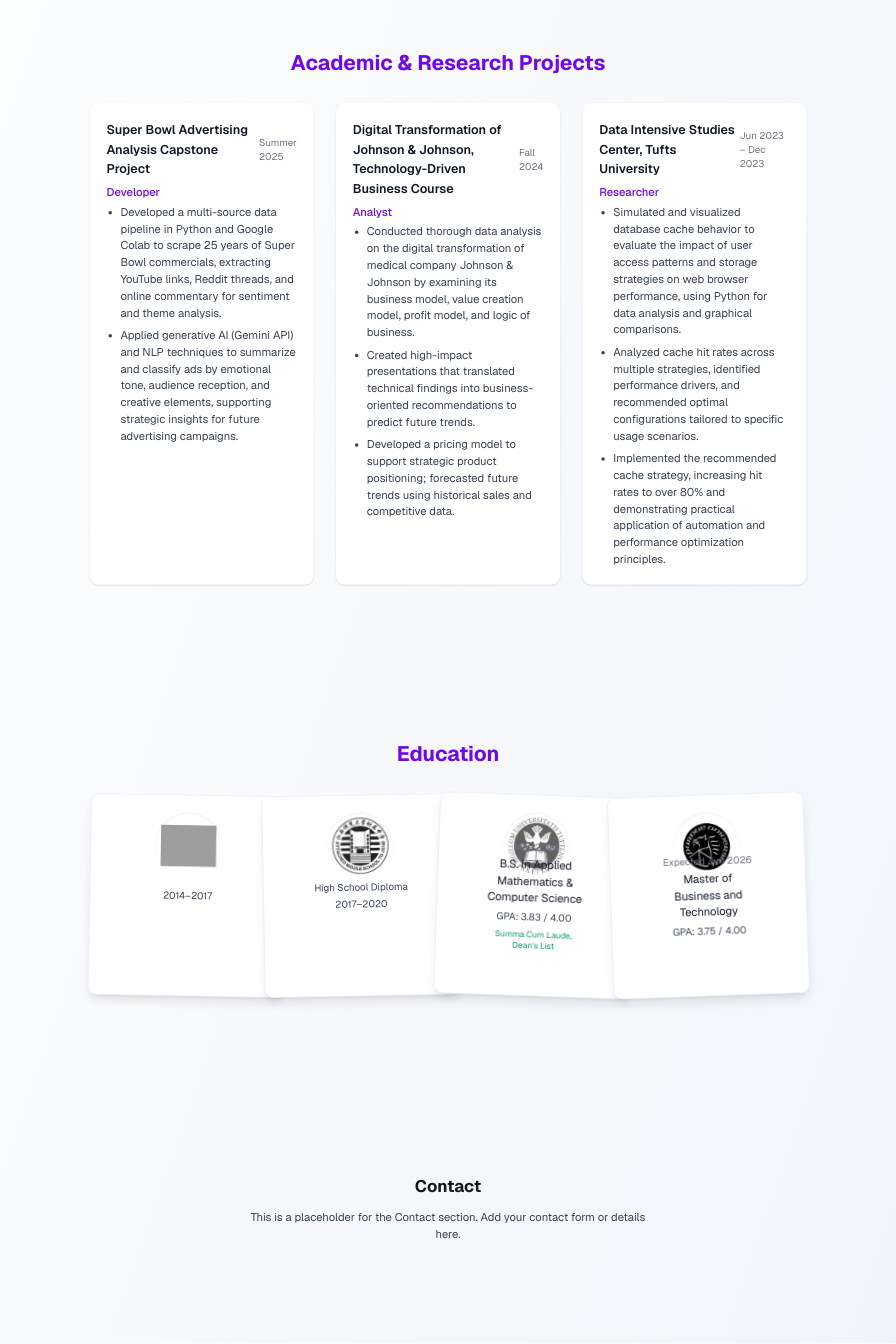
Repository: winniewyl/personal-portfolio
Page: /
These files come from the project's save history. The page is drawn as it stood at one moment and after the next save; the edit follows.
The browser window is 1280 px wide. The pictures show the part of the page from y = 1865 to 3785 px (the page is 3785 px tall), at 70% of full size.
Pictures or frames that could not be fetched are drawn as grey boxes. The project was rebuilt for these pictures with package versions that can differ from the ones it lists, and the page was loaded fresh each time. The framework's server and built-in components were replaced by stand-ins that run in the browser. Also part of the build but not shown: next.config.ts.

Above is the page before, as saved 2025-07-29 13:29:23.

### src/app/page.tsx
import Hero from '../components/Hero';
import About from '../components/About';
import Projects from '../components/Projects';
import Contact from '../components/Contact';

const experienceData = [
  {
    org: 'Data Intensive Studies Center, Tufts University',
    title: 'Data Analyst Intern & Co-Author',
    date: 'Jun 2023 – Dec 2023',
    highlights: [
      'Developed a custom Drupal-based content management site to present visualizations and insights from research on AI/ML ethics, integrating cross-functional feedback and automation techniques to enhance visibility.',
      'Co-led the development of an open-source AI Ethics tool using GitBook, contributing to interface design, stakeholder engagement, and survey analysis in the context of autonomous vehicle applications.',
      'Co-authored The Third Moment of AI Ethics, published on arXiv: https://arxiv.org/abs/2501.16954.',
    ],
  },
];

const projectData = [
  {
    title: 'Super Bowl Advertising Analysis Capstone Project',
    role: 'Developer',
    date: 'Summer 2025',
    highlights: [
      'Developed a multi-source data pipeline in Python and Google Colab to scrape 25 years of Super Bowl commercials, extracting YouTube links, Reddit threads, and online commentary for sentiment and theme analysis.',
      'Applied generative AI (Gemini API) and NLP techniques to summarize and classify ads by emotional tone, audience reception, and creative elements, supporting strategic insights for future advertising campaigns.',
    ],
  },
  {
    title:
      'Digital Transformation of Johnson & Johnson, Technology-Driven Business Course',
    role: 'Analyst',
    date: 'Fall 2024',
    highlights: [
      'Conducted thorough data analysis on the digital transformation of medical company Johnson & Johnson by examining its business model, value creation model, profit model, and logic of business.',
      'Created high-impact presentations that translated technical findings into business-oriented recommendations to predict future trends.',
      'Developed a pricing model to support strategic product positioning; forecasted future trends using historical sales and competitive data.',
    ],
  },
  {
    title: 'Data Intensive Studies Center, Tufts University',
    role: 'Researcher',
    date: 'Jun 2023 – Dec 2023',
    highlights: [
      'Simulated and visualized database cache behavior to evaluate the impact of user access patterns and storage strategies on web browser performance, using Python for data analysis and graphical comparisons.',
      'Analyzed cache hit rates across multiple strategies, identified performance drivers, and recommended optimal configurations tailored to specific usage scenarios.',
      'Implemented the recommended cache strategy, increasing hit rates to over 80% and demonstrating practical application of automation and performance optimization principles.',
    ],
  },
];

export default function Home() {
  return (
    <div className="font-sans min-h-screen flex flex-col bg-gradient-to-br from-white via-slate-50 to-slate-100 dark:from-[#18181c] dark:via-[#1a1a22] dark:to-[#101014]">
      {/* Navbar */}
      <nav className="w-full flex items-center justify-between py-6 px-8 border-b border-gray-100 dark:border-gray-800 bg-white/80 dark:bg-[#101010]/80 backdrop-blur z-10 sticky top-0">
        <div className="text-2xl font-extrabold text-violet-600 tracking-tight">
          WW
        </div>
        <ul className="flex gap-8 text-base font-medium text-gray-900 dark:text-white">
          <li>
            <a
              href="#about"
              className="hover:text-violet-600 transition-colors"
            >
              About
            </a>
          </li>
          <li>
            <a
              href="#experience"
              className="hover:text-violet-600 transition-colors"
            >
              Experience
            </a>
          </li>
          <li>
            <a
              href="#projects"
              className="hover:text-violet-600 transition-colors"
            >
              Projects
            </a>
          </li>
          <li>
            <a
              href="#education"
              className="hover:text-violet-600 transition-colors"
            >
              Education
            </a>
          </li>
          <li>
            <a
              href="#contact"
              className="hover:text-violet-600 transition-colors"
            >
              Contact
            </a>
          </li>
        </ul>
      </nav>
      {/* Main Content */}
      <main className="flex-1 w-full flex flex-col items-center px-4 sm:px-0">
        <section className="w-full flex flex-col items-center justify-center py-20 sm:py-28 bg-transparent">
          <Hero name="Winnie Wang" role="AI Product Analyst" />
        </section>
        <section
          id="about"
          className="w-full flex flex-col items-center py-20 sm:py-28 max-w-5xl mx-auto scroll-mt-24"
        >
          <About />
        </section>
        {/* Experience Section */}
        <section
          id="experience"
          className="w-full flex flex-col items-center py-20 sm:py-28 max-w-5xl mx-auto scroll-mt-24"
        >
          <h2 className="text-3xl font-bold mb-10 text-violet-700 dark:text-violet-400">
            Internship & Professional Experience
          </h2>
          <ol className="relative border-l-2 border-violet-200 dark:border-violet-700">
            {experienceData.map((exp, idx) => (
              <li key={exp.title} className="mb-12 ml-6">
                <span className="absolute flex items-center justify-center w-8 h-8 bg-violet-100 rounded-full -left-4 ring-4 ring-white dark:ring-[#18181c]">
                  <svg
                    className="w-5 h-5 text-violet-600"
                    fill="currentColor"
                    viewBox="0 0 20 20"
                  >
                    <path d="M10 2a8 8 0 100 16 8 8 0 000-16zm1 11H9v-2h2v2zm0-4H9V7h2v2z" />
                  </svg>
                </span>
                <div className="bg-white dark:bg-[#232336] rounded-xl shadow p-6">
                  <div className="flex flex-col sm:flex-row sm:items-center sm:justify-between mb-2">
                    <span className="font-semibold text-lg text-gray-900 dark:text-white">
                      {exp.title}
                    </span>
                    <span className="text-sm text-gray-500 dark:text-gray-400">
                      {exp.date}
                    </span>
                  </div>
                  <div className="text-md font-medium text-violet-700 dark:text-violet-300 mb-1">
                    {exp.org}
                  </div>
                  <ul className="list-disc pl-5 space-y-2 text-gray-700 dark:text-gray-300">
                    {exp.highlights.map((h, i) => (
                      <li key={i}>{h}</li>
                    ))}
                  </ul>
                </div>
              </li>
            ))}
          </ol>
        </section>
        {/* Projects Section */}
        <section
          id="projects"
          className="w-full flex flex-col items-center py-20 sm:py-28 max-w-5xl mx-auto scroll-mt-24"
        >
          <h2 className="text-3xl font-bold mb-10 text-violet-700 dark:text-violet-400">
            Academic & Research Projects
          </h2>
          <div className="grid grid-cols-1 md:grid-cols-3 gap-8 w-full">
            {projectData.map((proj, idx) => (
              <div
                key={proj.title}
                className="bg-white dark:bg-[#232336] rounded-xl shadow p-6 flex flex-col"
              >
                <div className="flex flex-col sm:flex-row sm:items-center sm:justify-between mb-2">
                  <span className="font-semibold text-lg text-gray-900 dark:text-white">
                    {proj.title}
                  </span>
                  <span className="text-sm text-gray-500 dark:text-gray-400">
                    {proj.date}
                  </span>
                </div>
                <div className="text-md font-medium text-violet-700 dark:text-violet-300 mb-1">
                  {proj.role}
                </div>
                <ul className="list-disc pl-5 space-y-2 text-gray-700 dark:text-gray-300">
                  {proj.highlights.map((h, i) => (
                    <li key={i}>{h}</li>
                  ))}
                </ul>
              </div>
            ))}
          </div>
        </section>
        <section
          id="education"
          className="w-full flex flex-col items-center py-20 sm:py-28 max-w-5xl mx-auto scroll-mt-24"
        >
          <h2 className="text-3xl font-bold mb-10 text-violet-700 dark:text-violet-400">
            Education
          </h2>
          <div className="relative w-full flex flex-col md:flex-row items-center justify-center">
            {/* Timeline SVG Connector */}
            <svg
              className="hidden md:block absolute left-0 right-0 top-1/2 -translate-y-1/2 z-0"
              height="120"
              width="100%"
              viewBox="0 0 1000 120"
              fill="none"
              preserveAspectRatio="none"
            >
              <path
                d="M 80 60 Q 180 10, 280 60 T 480 60 T 680 60 T 880 60"
                stroke="#a78bfa"
                strokeWidth="4"
                fill="none"
              />
              <circle cx="80" cy="60" r="8" fill="#a78bfa" />
              <circle cx="280" cy="60" r="8" fill="#a78bfa" />
              <circle cx="480" cy="60" r="8" fill="#a78bfa" />
              <circle cx="680" cy="60" r="8" fill="#a78bfa" />
            </svg>
            {/* Education Cards */}
            <div className="flex flex-col md:flex-row items-center justify-center w-full gap-0 z-10">
              {/* Middle School */}
              <div className="flex flex-col items-center flex-1 w-72 h-72 bg-white dark:bg-[#232336] rounded-xl shadow-lg p-6 border border-violet-100 dark:border-violet-700 text-center relative -mr-8 transform rotate-1 hover:rotate-0 transition-transform duration-300">
                <div className="w-24 h-24 flex items-center justify-center rounded-full bg-white/30 backdrop-blur-md shadow-inner">
                  <img
                    src="/yu-hua-logo.png"
                    alt="江西育华学校 logo"
                    className="w-20 h-20 object-contain filter grayscale"
                    style={{ mixBlendMode: 'multiply' }}
                  />
                </div>
                <div className="absolute top-1/2 left-1/2 transform -translate-x-1/2 -translate-y-1/2 flex flex-col items-center space-y-1">
                  <span className="text-sm text-gray-700 dark:text-gray-300">
                    2014–2017
                  </span>
                </div>
              </div>
              {/* High School */}
              <div className="flex flex-col items-center flex-1 w-72 h-72 bg-white dark:bg-[#232336] rounded-xl shadow-lg p-6 border border-violet-100 dark:border-violet-700 text-center relative -mr-8 transform -rotate-1 hover:rotate-0 transition-transform duration-300">
                <div className="w-24 h-24 flex items-center justify-center rounded-full bg-white/30 backdrop-blur-md shadow-inner">
                  <img
                    src="/JXSDFZ-logo.png"
                    alt="江西师大附中国际部 logo"
                    className="w-20 h-20 object-contain filter grayscale"
                    style={{ mixBlendMode: 'multiply' }}
                  />
                </div>
                <div className="absolute top-1/2 left-1/2 transform -translate-x-1/2 -translate-y-1/2 flex flex-col items-center space-y-1">
                  <span className="text-sm text-gray-700 dark:text-gray-300">
                    High School Diploma
                  </span>
                  <span className="text-sm text-gray-700 dark:text-gray-300">
                    2017–2020
                  </span>
                </div>
              </div>
              {/* Tufts University */}
              <div className="flex flex-col items-center flex-1 w-72 h-72 bg-white dark:bg-[#232336] rounded-xl shadow-lg p-6 border border-violet-100 dark:border-violet-700 text-center relative -mr-8 transform rotate-2 hover:rotate-0 transition-transform duration-300">
                <div className="w-24 h-24 flex items-center justify-center rounded-full bg-white/30 backdrop-blur-md shadow-inner">
                  <img
                    src="/tufts-logo.png"
                    alt="Tufts University logo"
                    className="w-20 h-20 object-contain filter grayscale"
                    style={{ mixBlendMode: 'multiply' }}
                  />
                </div>
                <div className="absolute top-1/2 left-1/2 transform -translate-x-1/2 -translate-y-1/2 flex flex-col items-center space-y-1">
                  <span className="text-sm text-gray-500 dark:text-gray-400">
                    May 2024
                  </span>
                  <span className="text-gray-900 dark:text-white">
                    B.S. in Applied Mathematics & Computer Science
                  </span>
                  <span className="text-sm text-gray-700 dark:text-gray-300">
                    GPA: 3.83 / 4.00
                  </span>
                  <span className="text-xs text-emerald-600 mt-1">
                    Summa Cum Laude, Dean's List
                  </span>
                </div>
              </div>
              {/* Purdue University */}
              <div className="flex flex-col items-center flex-1 w-72 h-72 bg-white dark:bg-[#232336] rounded-xl shadow-lg p-6 border border-violet-100 dark:border-violet-700 text-center relative transform -rotate-2 hover:rotate-0 transition-transform duration-300">
                <div className="w-24 h-24 flex items-center justify-center rounded-full bg-white/30 backdrop-blur-md shadow-inner">
                  <img
                    src="/purdue-logo.png"
                    alt="Purdue University logo"
                    className="w-20 h-20 object-contain filter grayscale"
                    style={{ mixBlendMode: 'multiply' }}
                  />
                </div>
                <div className="absolute top-1/2 left-1/2 transform -translate-x-1/2 -translate-y-1/2 flex flex-col items-center space-y-1">
                  <span className="text-sm text-gray-500 dark:text-gray-400">
                    Expected Jun 2026
                  </span>
                  <span className="text-gray-900 dark:text-white">
                    Master of Business and Technology
                  </span>
                  <span className="text-sm text-gray-700 dark:text-gray-300">
                    GPA: 3.75 / 4.00
                  </span>
                </div>
              </div>
            </div>
          </div>
        </section>
        <section
          id="contact"
          className="w-full flex flex-col items-center py-20 sm:py-28 max-w-5xl mx-auto scroll-mt-24"
        >
          <Contact />
        </section>
      </main>
    </div>
  );
}

### src/components/Hero.tsx
import React from 'react';

interface HeroProps {
  name: string;
  role: string;
}

const Hero: React.FC<HeroProps> = ({ name, role }) => (
  <section className="flex flex-col items-center justify-center gap-4 py-8 w-full">
    <h1 className="text-4xl sm:text-5xl font-bold text-center">{name}</h1>
    <h2 className="text-xl sm:text-2xl font-medium text-center text-gray-600 dark:text-gray-300">
      {role}
    </h2>
  </section>
);

export default Hero;

### src/components/About.tsx
import React from 'react';

const aboutData = [
  {
    icon: (
      <span className="bg-blue-100 text-blue-600 rounded-xl p-2 mr-2">
        {/* AI Icon */}
        <svg width="32" height="32" fill="none" viewBox="0 0 24 24">
          <path
            fill="currentColor"
            d="M12 2a10 10 0 100 20 10 10 0 000-20zm1 17.93V20a1 1 0 11-2 0v-.07A8.001 8.001 0 014.07 13H4a1 1 0 110-2h.07A8.001 8.001 0 0111 4.07V4a1 1 0 112 0v.07A8.001 8.001 0 0119.93 11H20a1 1 0 110 2h-.07A8.001 8.001 0 0113 19.93z"
          ></path>
        </svg>
      </span>
    ),
    title: 'AI & Machine Learning',
    skills: [
      {
        name: 'Neural Networks',
        desc: 'Deep learning architectures and training',
      },
      {
        name: 'Computer Vision',
        desc: 'Image processing and object detection',
      },
      { name: 'TensorFlow/PyTorch', desc: 'ML framework expertise' },
      { name: 'Model Optimization', desc: 'Performance tuning and deployment' },
    ],
    color: 'blue',
  },
  {
    icon: (
      <span className="bg-fuchsia-100 text-fuchsia-600 rounded-xl p-2 mr-2">
        {/* Full-Stack Icon */}
        <svg width="32" height="32" fill="none" viewBox="0 0 24 24">
          <path
            fill="currentColor"
            d="M12 2a10 10 0 100 20 10 10 0 000-20zm-1 17.93V20a1 1 0 102 0v-.07A8.001 8.001 0 0020 13h.07a1 1 0 100-2H20a8.001 8.001 0 00-7-7.93V4a1 1 0 10-2 0v.07A8.001 8.001 0 004 11H3.93a1 1 0 100 2H4a8.001 8.001 0 007 7.93z"
          ></path>
        </svg>
      </span>
    ),
    title: 'Full-Stack Development',
    skills: [
      { name: 'React.js/Next.js', desc: 'Modern frontend frameworks' },
      { name: 'Python/Flask', desc: 'Backend development and APIs' },
      { name: 'Database Design', desc: 'SQL and data architecture' },
      { name: 'Cloud Deployment', desc: 'Scalable application hosting' },
    ],
    color: 'fuchsia',
  },
  {
    icon: (
      <span className="bg-green-100 text-green-600 rounded-xl p-2 mr-2">
        {/* Data Science Icon */}
        <svg width="32" height="32" fill="none" viewBox="0 0 24 24">
          <circle cx="12" cy="12" r="10" fill="currentColor" opacity=".2" />
          <circle cx="12" cy="12" r="6" fill="currentColor" />
        </svg>
      </span>
    ),
    title: 'Data Science',
    skills: [
      { name: 'Data Analysis', desc: 'Statistical analysis and insights' },
      { name: 'Visualization', desc: 'Interactive charts and dashboards' },
      {
        name: 'Algorithm Design',
        desc: 'Efficient problem-solving approaches',
      },
      { name: 'Research Methods', desc: 'Scientific approach to development' },
    ],
    color: 'green',
  },
];

const About: React.FC = () => (
  <section className="w-full flex flex-col items-center">
    <h2 className="text-4xl font-extrabold text-center mb-4 mt-4 text-gray-900 dark:text-white">
      <span className="inline-block align-middle mr-2 text-blue-500">•</span>
      About Me
    </h2>
    <p className="text-lg text-center text-gray-700 dark:text-gray-300 max-w-2xl mb-12">
      Passionate about the intersection of artificial intelligence and product
      strategy. I build intelligent solutions that drive business value and user
      engagement.
    </p>
    <div className="w-full max-w-6xl flex flex-col md:flex-row gap-8 justify-center items-stretch">
      {aboutData.map((card, idx) => (
        <div
          key={card.title}
          className="flex-1 bg-white dark:bg-[#18181c] rounded-2xl shadow-md p-8 flex flex-col mb-4 md:mb-0 border border-gray-100 dark:border-gray-800 min-w-[260px] max-w-sm mx-auto"
        >
          <div className="flex items-center mb-4">
            {card.icon}
            <span className={`text-lg font-bold text-gray-900 dark:text-white`}>
              {card.title}
            </span>
          </div>
          <ul className="space-y-3">
            {card.skills.map((skill) => (
              <li key={skill.name} className="flex flex-col">
                <span
                  className={`font-semibold text-${card.color}-700 dark:text-${card.color}-400`}
                >
                  {skill.name}
                </span>
                <span className="text-gray-600 dark:text-gray-400 text-sm">
                  {skill.desc}
                </span>
              </li>
            ))}
          </ul>
        </div>
      ))}
    </div>
  </section>
);

export default About;

### src/components/Contact.tsx
import React from 'react';

const Contact: React.FC = () => (
  <section className="py-8 w-full flex flex-col items-center">
    <h2 className="text-2xl font-bold mb-4">Contact</h2>
    <p className="max-w-xl text-center text-gray-700 dark:text-gray-300">
      This is a placeholder for the Contact section. Add your contact form or
      details here.
    </p>
  </section>
);

export default Contact;

Loaded but not shown: src/app/layout.tsx (common file); src/app/globals.css (common file)

After the next save:
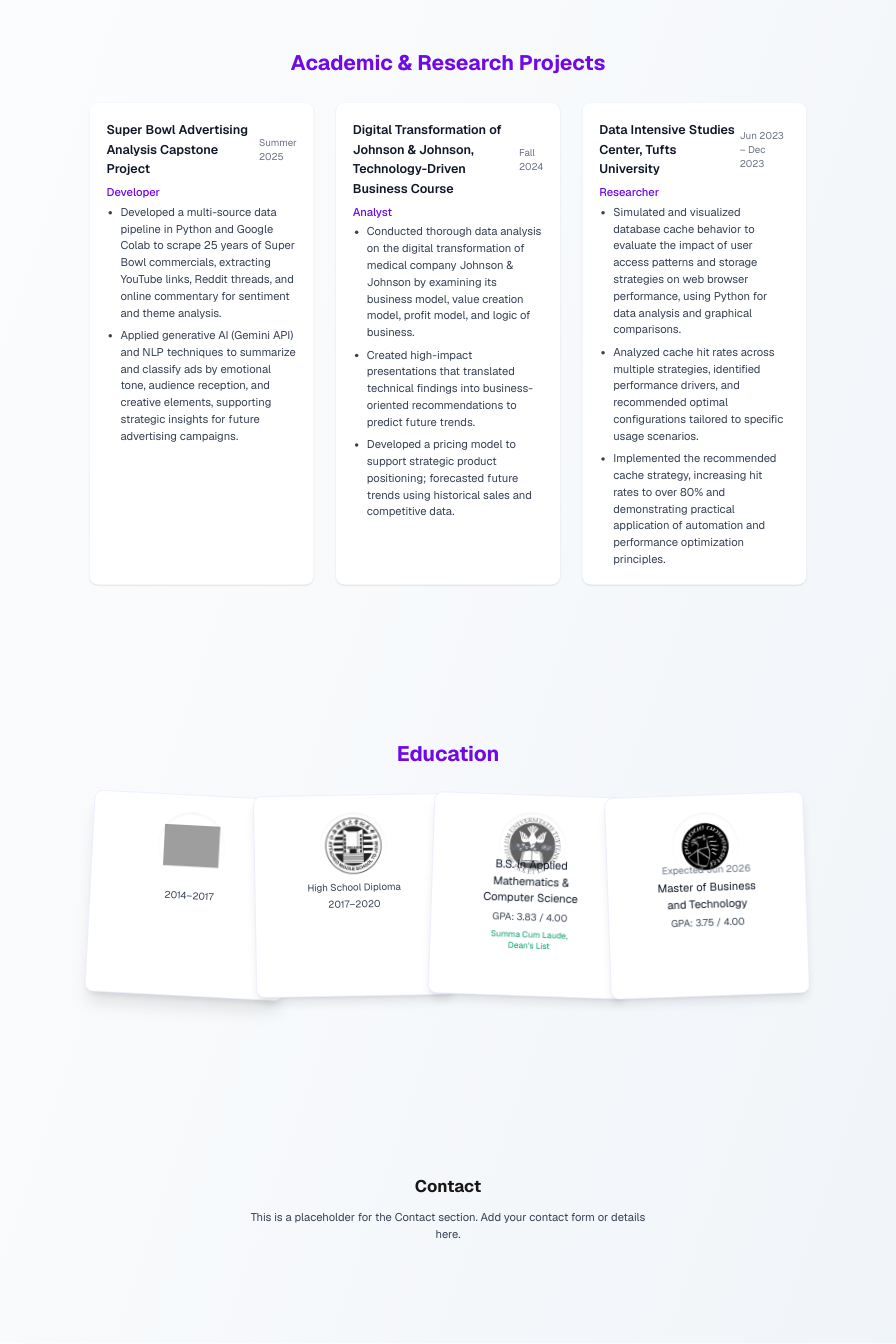
Saved 48 s later.
--- a/src/app/page.tsx
+++ b/src/app/page.tsx
@@ -218,7 +218,7 @@
             {/* Education Cards */}
             <div className="flex flex-col md:flex-row items-center justify-center w-full gap-0 z-10">
               {/* Middle School */}
-              <div className="flex flex-col items-center flex-1 w-72 h-72 bg-white dark:bg-[#232336] rounded-xl shadow-lg p-6 border border-violet-100 dark:border-violet-700 text-center relative -mr-8 transform rotate-1 hover:rotate-0 transition-transform duration-300">
+              <div className="flex flex-col items-center flex-1 w-72 h-72 bg-white dark:bg-[#232336] rounded-xl shadow-xl p-6 border border-violet-100 dark:border-violet-700 text-center relative -mr-12 transform rotate-3 hover:rotate-0 hover:scale-105 transition-all duration-300">
                 <div className="w-24 h-24 flex items-center justify-center rounded-full bg-white/30 backdrop-blur-md shadow-inner">
                   <img
                     src="/yu-hua-logo.png"
